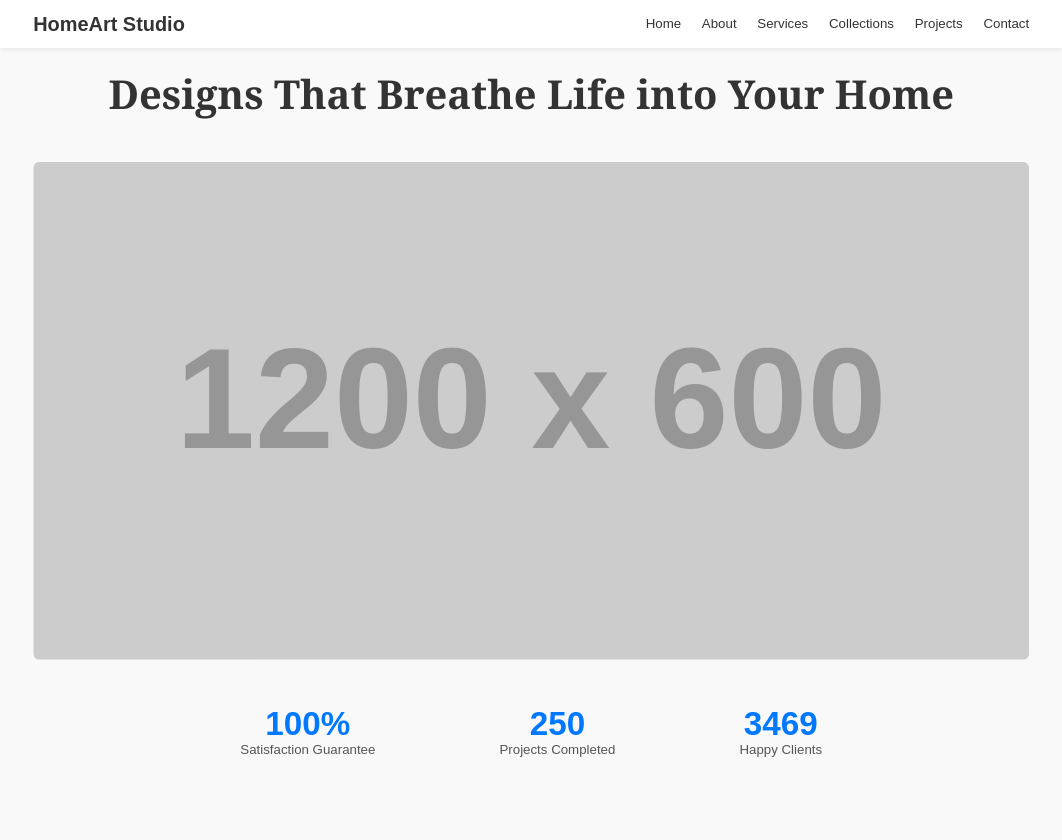
Repository: Patience225/home-decor-studio
Page: index.html
These files come from the project's save history. The page is drawn as it stood at one moment and after the next save; the edit follows.
The browser window is 1280 px wide. The pictures show the whole page, at 83% of full size.

Above is the page before, as saved 2025-01-29 04:31:07.

### index.html
<!DOCTYPE html>
<html lang="en">
<head>
  <meta charset="UTF-8">
  <meta name="viewport" content="width=device-width, initial-scale=1.0">
  <title>HomeArt Studio</title>
  <link rel="stylesheet" href="styles.css">
</head>
<body>
  <header>
    <nav class="navbar">
      <div class="logo">HomeArt Studio</div>
      <ul class="nav-links">
        <li><a href="#">Home</a></li>
        <li><a href="#">About</a></li>
        <li><a href="#">Services</a></li>
        <li><a href="#">Collections</a></li>
        <li><a href="#">Projects</a></li>
        <li><a href="#">Contact</a></li>
      </ul>
      <div class="hamburger">
        <span></span>
        <span></span>
        <span></span>
      </div>
    </nav>
  </header>
  <section class="hero">
    <div class="hero-content">
      <h1>Designs That Breathe Life into Your Home</h1>
      <img src="https://via.placeholder.com/1200x600" alt="Living room design" class="hero-image">
      <div class="hero-stats">
        <div class="stat-item">
          <h2>100%</h2>
          <p>Satisfaction Guarantee</p>
        </div>
        <div class="stat-item">
          <h2>250</h2>
          <p>Projects Completed</p>
        </div>
        <div class="stat-item">
          <h2>3469</h2>
          <p>Happy Clients</p>
        </div>
      </div>
    </div>
  </section>

  <script src="script.js"></script>
</body>
</html>

### styles.css
* {
  margin: 0;
  padding: 0;
  box-sizing: border-box;
}

body {
  font-family: 'Arial', sans-serif;
  background-color: #f5f5f5;
}

header {
  width: 100%;
  background-color: white;
  padding: 15px 30px;
  box-shadow: 0 2px 5px rgba(0, 0, 0, 0.1);
  position: fixed;
  top: 0;
  z-index: 10;
}

.navbar {
  display: flex;
  justify-content: space-between;
  align-items: center;
  max-width: 1200px;
  margin: auto;
}

.logo {
  font-size: 1.5rem;
  font-weight: bold;
  color: #333;
}

.nav-links {
  display: flex;
  list-style: none;
}

.nav-links li {
  margin-left: 25px;
}

.nav-links a {
  text-decoration: none;
  color: #333;
  font-size: 1rem;
  transition: color 0.3s ease;
}

.nav-links a:hover {
  color: #0078ff;
}

.hamburger {
  display: none;
  flex-direction: column;
  cursor: pointer;
}

.hamburger span {
  height: 3px;
  width: 25px;
  background: #333;
  margin: 4px 0;
}

@media (max-width: 768px) {
  .nav-links {
    display: none;
    flex-direction: column;
    position: absolute;
    top: 60px;
    right: 0;
    background-color: white;
    width: 100%;
    text-align: right;
  }

  .nav-links.active {
    display: flex;
  }

  .hamburger {
    display: flex;
  }
}

.hero {
  width: 100%;
  background-color: #f9f9f9;
  padding: 80px 0;
  text-align: center;
}

.hero-content h1 {
  font-size: 3rem;
  font-family: 'Georgia', serif;
  color: #333;
  margin-bottom: 20px;
}

.hero-image {
  width: 100%;
  max-width: 1200px;
  height: auto;
  border-radius: 8px;
  margin: 30px 0;
}

.hero-stats {
  display: flex;
  justify-content: space-evenly;
  max-width: 1000px;
  margin: auto;
  padding: 20px 0;
}

.stat-item {
  text-align: center;
}

.stat-item h2 {
  font-size: 2.5rem;
  font-weight: bold;
  color: #0078ff;
}

.stat-item p {
  font-size: 1rem;
  color: #555;
}

@media (max-width: 768px) {
  .hero-content h1 {
    font-size: 2rem;
  }

  .hero-stats {
    flex-direction: column;
    gap: 20px;
  }
}

### script.js
const hamburger = document.querySelector('.hamburger');
const navLinks = document.querySelector('.nav-links');

hamburger.addEventListener('click', () => {
  navLinks.classList.toggle('active');
});

After the next save:
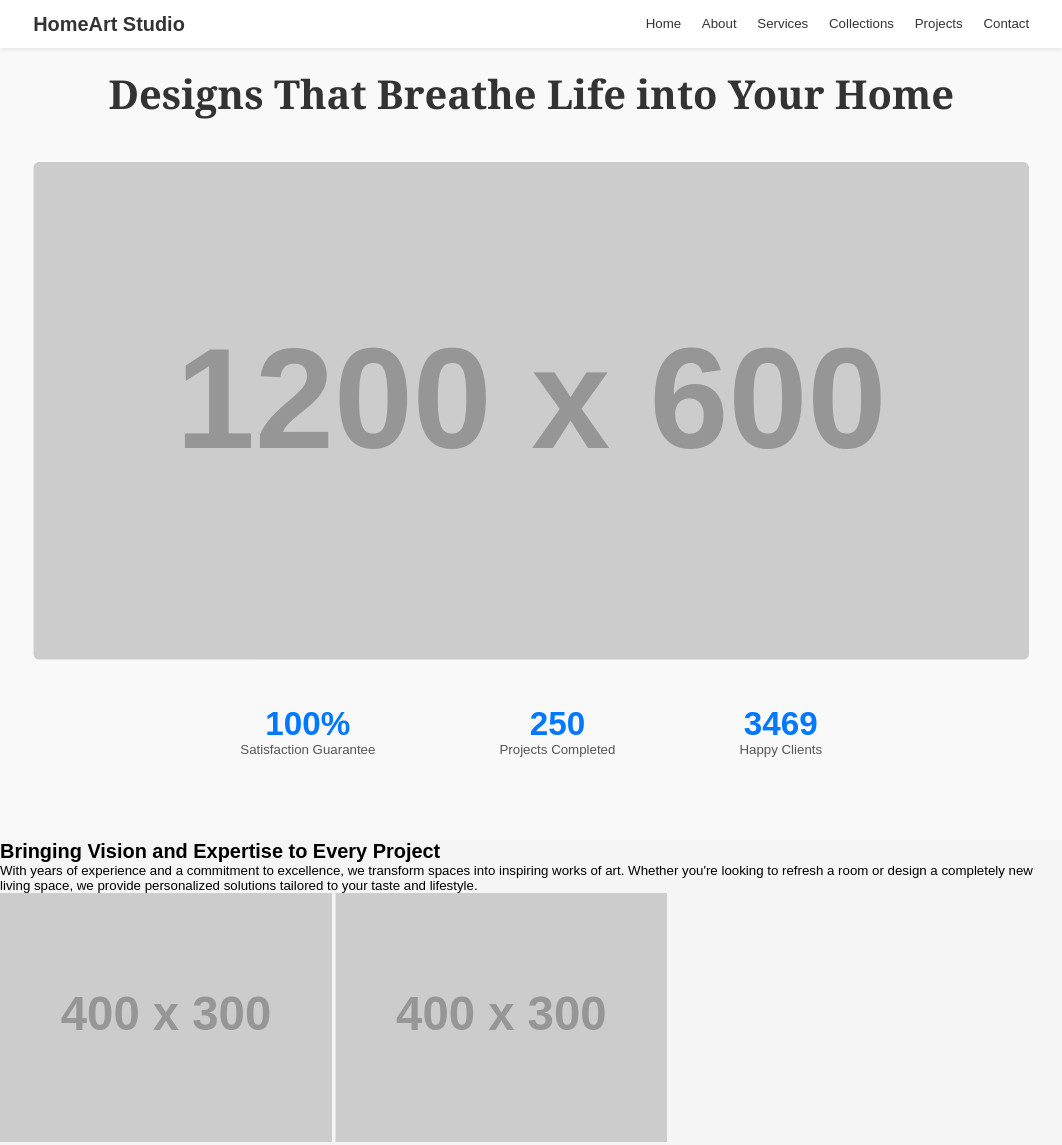
Saved 51 s later.
--- a/index.html
+++ b/index.html
@@ -45,6 +45,23 @@
       </div>
     </div>
   </section>
+  <section class="introduction">
+    <div class="intro-container">
+      <div class="intro-text">
+        <h2>Bringing Vision and Expertise to Every Project</h2>
+        <p>
+          With years of experience and a commitment to excellence, we transform
+          spaces into inspiring works of art. Whether you're looking to refresh a room
+          or design a completely new living space, we provide personalized solutions
+          tailored to your taste and lifestyle.
+        </p>
+      </div>
+      <div class="intro-images">
+        <img src="https://via.placeholder.com/400x300" alt="Interior design 1">
+        <img src="https://via.placeholder.com/400x300" alt="Interior design 2">
+      </div>
+    </div>
+  </section>
 
   <script src="script.js"></script>
 </body>
